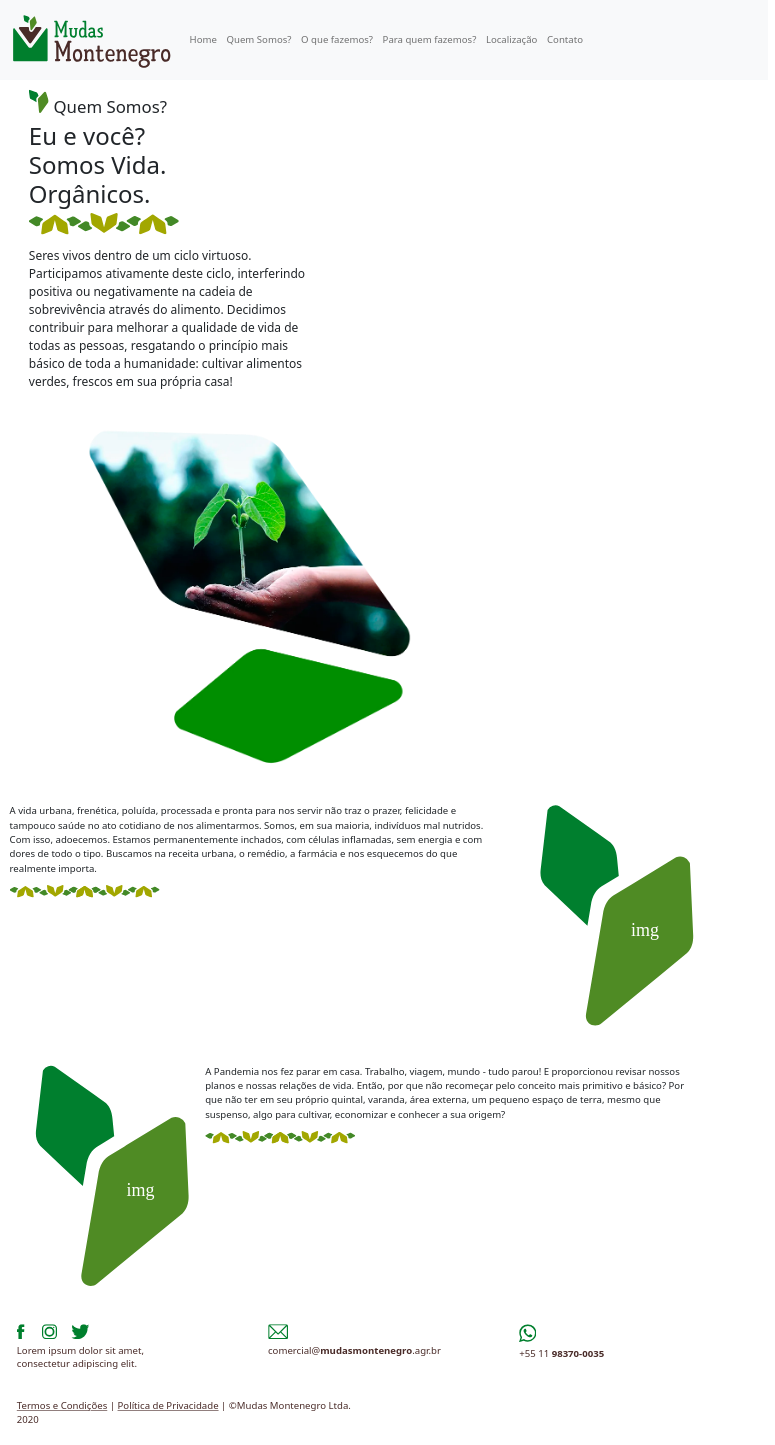
Repository: MaKnok/mudas-montenegro
Page: quem-somos.html
These files come from the project's save history. The page is drawn as it stood at one moment and after the next save; the edit follows.
The browser window is 1280 px wide. The page is 1292 px wide, so the pictures cover 1292 px, including what lies to the right of the window. The pictures show the whole page, at 60% of full size.
Some web libraries are served in a nearby version.

Above is the page before, as saved 2021-06-17 13:00:57.

After the next save:
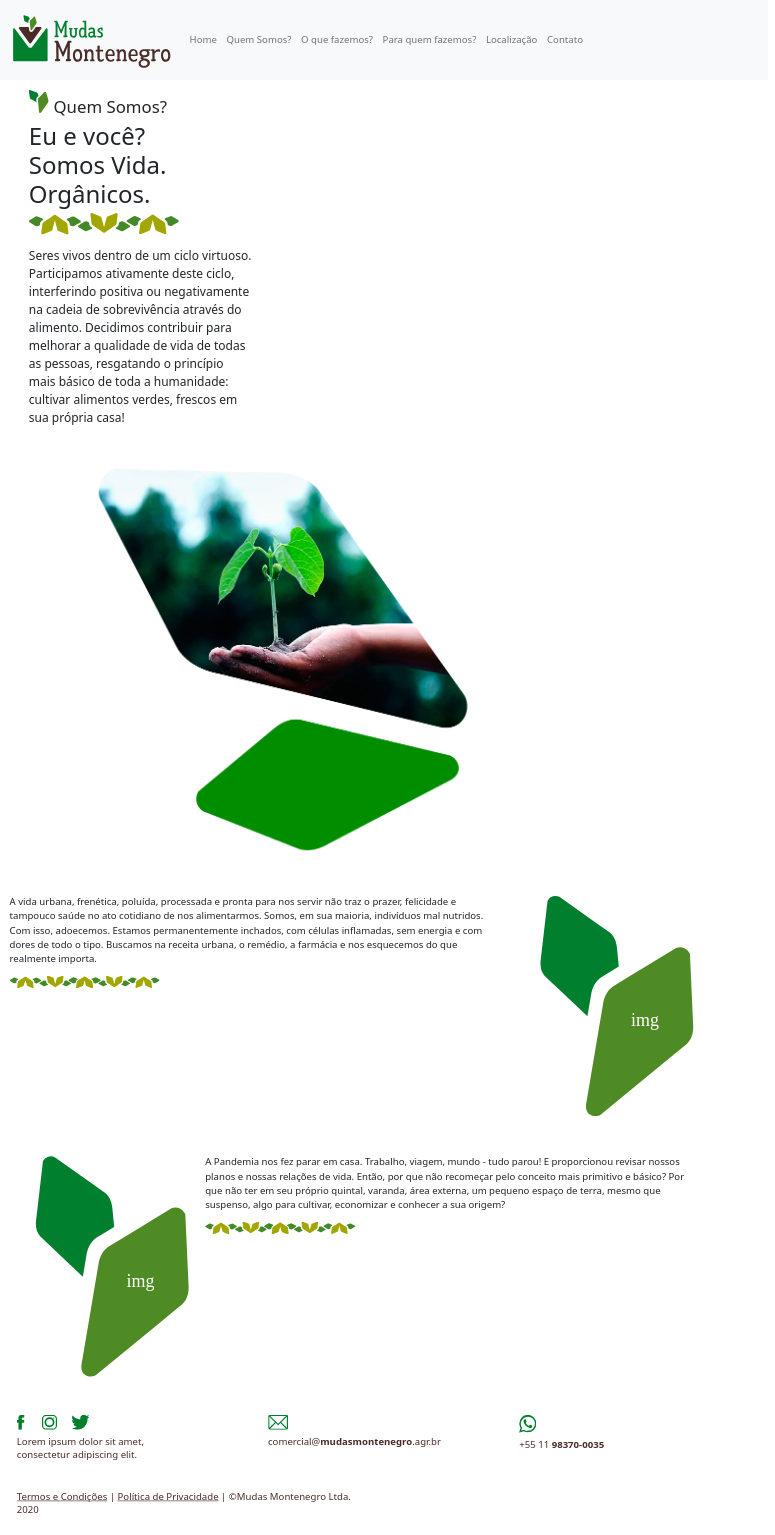
Saved 4 min 23 s later.
--- a/quem-somos.html
+++ b/quem-somos.html
@@ -60,7 +60,7 @@
 
         <div class="wrapper">
 
-          <div class="col-xs-12 col-sm-12 col-md-4 col-lg-4 col-xl-5  col-xxl-5 content-top">
+          <div class="col-xs-12 col-sm-12 col-md-4 col-lg-4 col-xl-4  col-xxl-4 content-top">
 
             <h3 class="page-title">Quem Somos?</h3>
 
@@ -79,7 +79,7 @@
 
           </div>
 
-          <div class="col-xs-12 col-sm-12 col-md-8 col-lg-8 col-xl-7  col-xxl-7 image-top">
+          <div class="col-xs-12 col-sm-12 col-md-8 col-lg-8 col-xl-8  col-xxl-8 image-top">
 
                     <source srcset="img/leaves_desktop_img.webp 2x,img/leaves_desktop_img.webp"
                     media="(min-width: 992px)"/>
